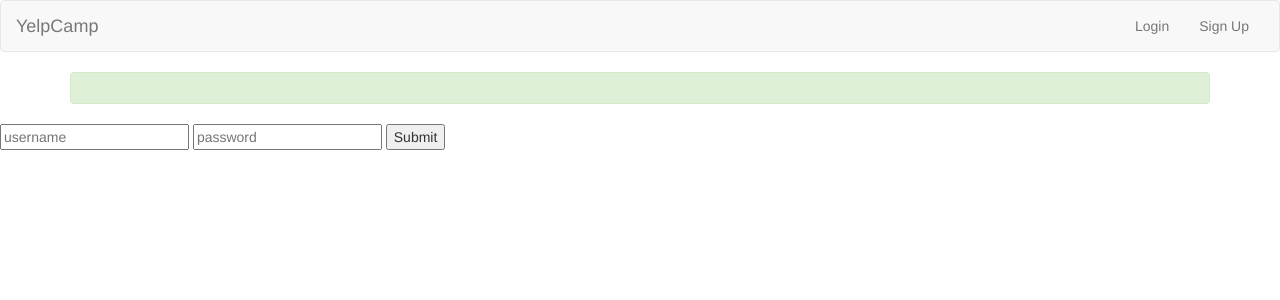
Repository: ogeronimo/yelpcamp
Page: http://localhost/login
The author's editor kept a record of every edit. The page is drawn from the files as they stood at one moment, then again after a run of edits.
The browser window is 1280 px wide. The pictures show the whole page.
The page is served by the project's Node server (app.js). Other server files are loaded and not shown.

Above is the page before.

### views/login.ejs
<% include ./partials/header %>

<form action="/login" method="POST">
    <input type="text" name="username" placeholder="username">
    <input type="password" name="password" placeholder="password">
     <input type="submit" valure="Login">
</form>

<% include ./partials/footer %>

### views/partials/header.ejs
<!DOCTYPE html>
<html>
    <head>
        <title>YelpCamp</title>
        <link rel="stylesheet" href="https://maxcdn.bootstrapcdn.com/bootstrap/3.3.5/css/bootstrap.min.css">
        <link rel="stylesheet" href="/stylesheets/main.css">

    </head>
    <body>
    <nav class="navbar navbar-default">
        <div class="container-fluid">
            <div class="navbar-header">
                <a class="navbar-brand" href="/">YelpCamp</a>
            </div>
            <div class="collapse navbar-collapse">
                <ul class="nav navbar-nav navbar-right">
                    <% if(!currentUser){ %>
                        <li><a href="/login">Login</a></li>
                        <li><a href="/register">Sign Up</a></li>
                    <% } else { %>
                        <li><a href="#">Signed In As <%= currentUser.username %></a></li>
                        <li><a href="/logout">Logout</a></li>
                    <% } %>
                </ul>
            </div>
        </div>
    </nav>
    <div class="container">
    <% if(error && error.length > 0){ %>
        <div class="alert alert-danger" role="alert">
               <%= error %>
        </div>
    <% } %>
        <div class="alert alert-success" role="alert">
               <%= success %>
        </div>
    </div>

### views/partials/footer.ejs
     <!--<p>TradeMark YealpCamp 2017</p>-->
     </body>
</html>

### app.js
var express     = require("express"),
    app         = express(),
    bodyParser  = require("body-parser"),
    mongoose    = require("mongoose"),
    flash       = require("connect-flash"),
    passport    = require("passport"),
    LocalStrategy = require("passport-local"),
    methodOverride = require("method-override"),
    Campground  = require("./models/campground"),
    Comment     = require("./models/comment"),
    User        = require("./models/user"),
    seedDB      = require("./seeds")

//requiring routes
var commentRoutes    = require("./routes/comments"),
    campgroundRoutes = require("./routes/campgrounds"),
    indexRoutes      = require("./routes/index")

// mongoose.connect("mongodb://localhost/yelp_camp_v10");
mongoose.connect("mongodb://omar:1234@ds129946.mlab.com:29946/ogeronimo");

app.use(bodyParser.urlencoded({extended: true}));
app.set("view engine", "ejs");
app.use(express.static(__dirname + "/public"));
app.use(methodOverride("_method"));
app.use(flash());
// seedDB(); //seed the database

// PASSPORT CONFIGURATION
app.use(require("express-session")({
    secret: "Once again Rusty wins cutest dog!",
    resave: false,
    saveUninitialized: false
}));
app.use(passport.initialize());
app.use(passport.session());
passport.use(new LocalStrategy(User.authenticate()));
passport.serializeUser(User.serializeUser());
passport.deserializeUser(User.deserializeUser());

app.use(function(req, res, next){
   res.locals.currentUser = req.user;
   res.locals.error = req.flash("error");
   res.locals.success = req.flash("success");
   next();
});

app.use("/", indexRoutes);
app.use("/campgrounds", campgroundRoutes);
app.use("/campgrounds/:id/comments", commentRoutes);

app.get('/', function(req,res){
  res.send('Hello World');
});
app.listen(3000, function(){
   console.log("The YelpCamp Server Has Started!");
});

### routes/index.js
var express = require("express");
var router  = express.Router();
var passport = require("passport");
var User     = require("../models/user");

//root route
router.get("/", function(req, res){
    res.render("landing");
});


// show register form
router.get("/register", function(req, res){
   res.render("register");
});
//handle sign up logic
router.post("/register", function(req, res){
    var newUser = new User({username: req.body.username});
    User.register(newUser, req.body.password, function(err, user){
        if(err){
            req.flash("error", err.message);
            return res.render("register");
        }
        passport.authenticate("local")(req, res, function(){
           req.flash("success","Welcome to YelpCamp" + user.username);
           res.redirect("/campgrounds");
        });
    });
});

// show login form
router.get("/login", function(req, res){
   res.render("login");
});
// handling login logic
router.post("/login", passport.authenticate("local",
    {
        successRedirect: "/campgrounds",
        failureRedirect: "/login"
    }), function(req, res){
});

// logout route
router.get("/logout", function(req, res){
   req.logout();
   req.flash("success", "Logged you out");
   res.redirect("/campgrounds");
});


module.exports = router;

### public/stylesheets/main.css
.thumbnail img{
    width: 100%;
}
.thumbnail {
    padding: 0;
}

.thumbnail .caption-full {
    padding: 9px;

}

#delete-form {
    display: inline;
}

After the next 2 edits:
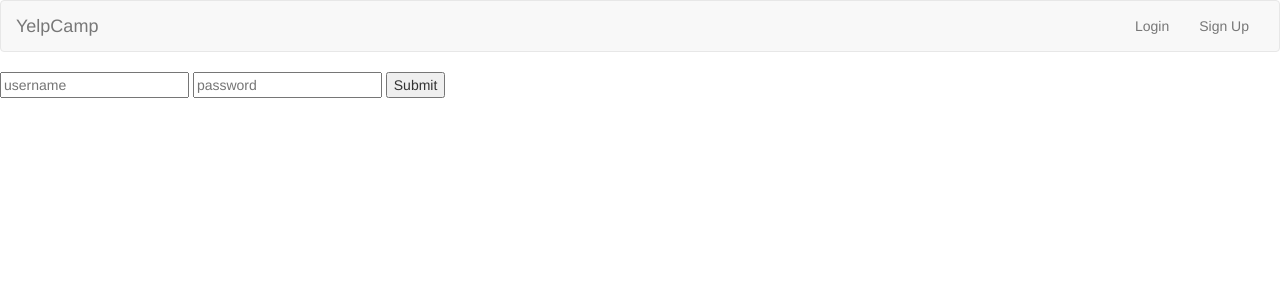
The 2 edits are shown as one change because 1 did not build or start.
The edit:
--- a/views/partials/header.ejs
+++ b/views/partials/header.ejs
@@ -31,7 +31,9 @@
                <%= error %>
         </div>
     <% } %>
+    <% if(error && error.length > 0){ %>
         <div class="alert alert-success" role="alert">
                <%= success %>
         </div>
+    <% } %>
     </div>
